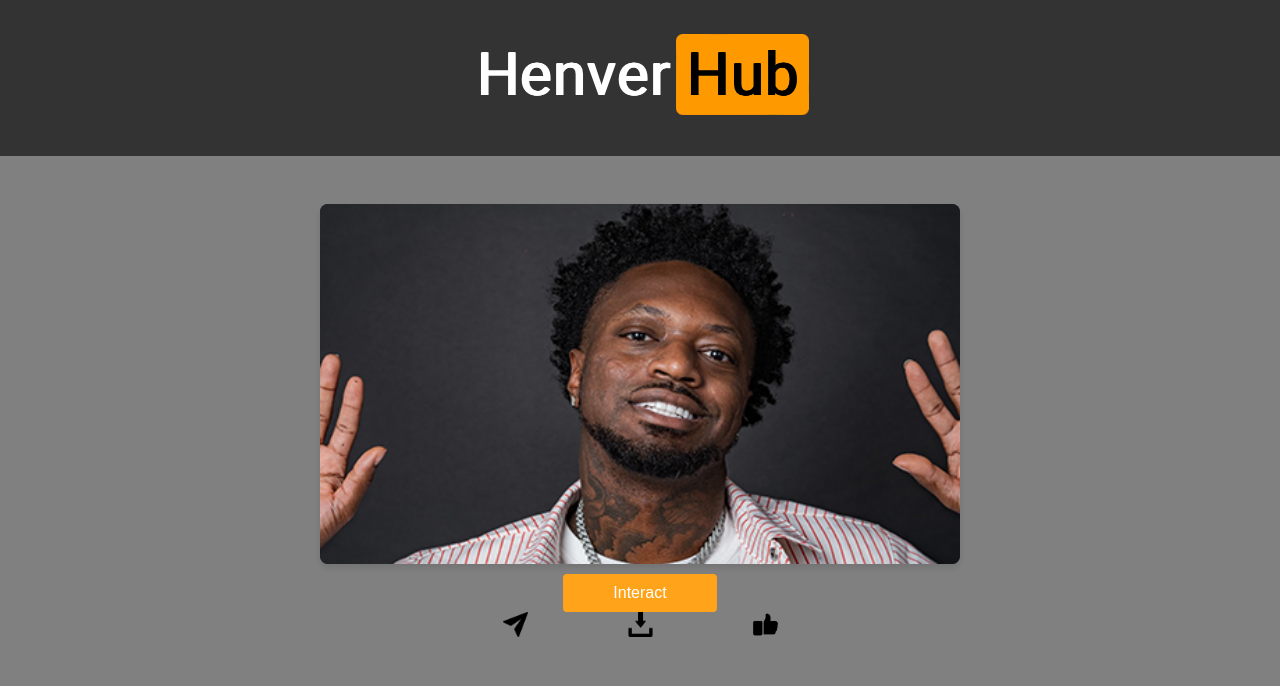
Repository: anderscederberg11/unhandledRuntimeError.json
Page: Henver/henver.html
The author's editor kept a copy of each file at every save. The page is drawn from the files as they stood at one save, then again after the next save.
The browser window is 1280 px wide. The pictures show the whole page.

Above is the page before, as saved 2024-05-06 18:55:25.

After the next save:
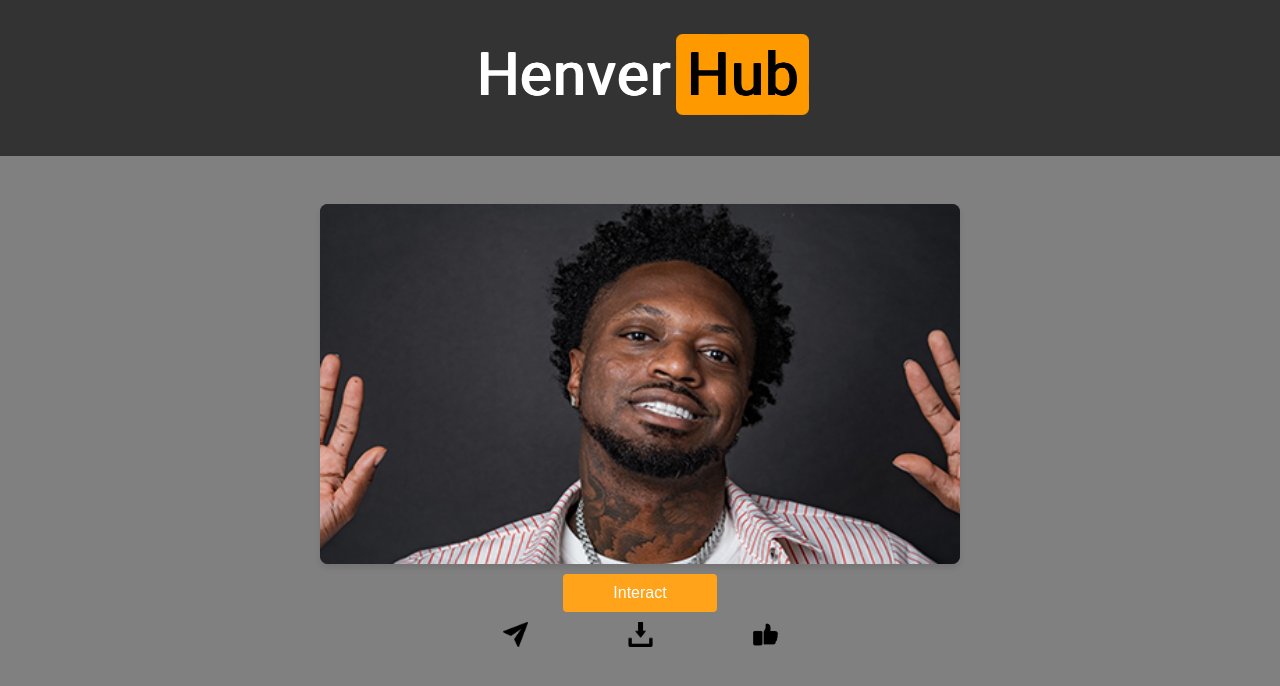
Saved 10 s later.
--- a/Henver/henver.css
+++ b/Henver/henver.css
@@ -78,5 +78,5 @@ nav h1 {
 .icon {
     width: 25px;
     height: 25px;
-    margin: 0 50px;
+    margin: 10px 50px;
 }
